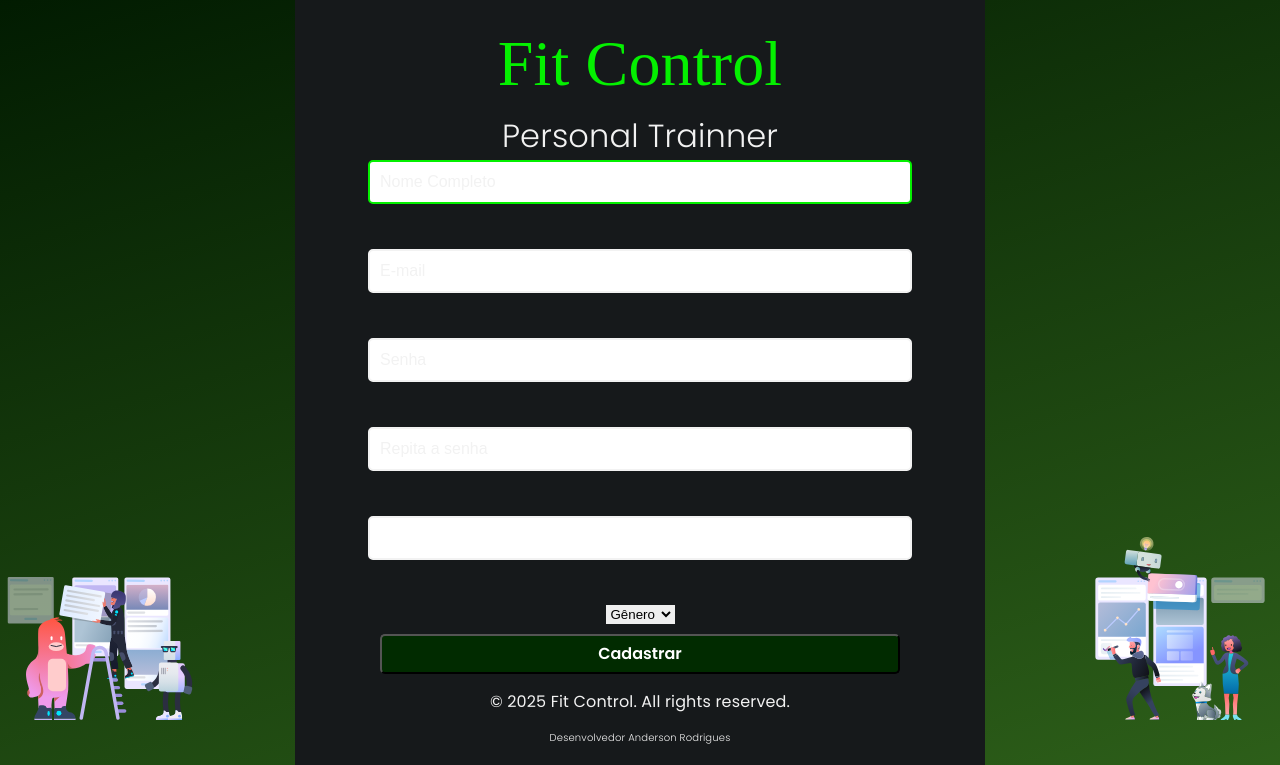
Repository: fit-control/frontend-fit-control
Page: /cadastro
These files come from the project's save history. The page is drawn as it stood at one moment and after the next save; the edit follows.
The browser window is 1280 px wide. The pictures show the whole page.
Some web fonts or font styles are not loaded; a fallback is used. The project was rebuilt for these pictures with package versions that can differ from the ones it lists, and the page was loaded fresh each time. Settings that the repository does not hold, such as keys and server addresses, were given made-up values. Also part of the build but not shown: next.config.js, vite.config.ts, src/components/containerCenterLogin.tsx, src/pages/About.tsx, src/pages/NotFound.tsx, src/components/AuthRoutes.tsx, src/pages/PaginaTeste.tsx.

Above is the page before, as saved 2025-03-22 15:05:30.

After the next save:
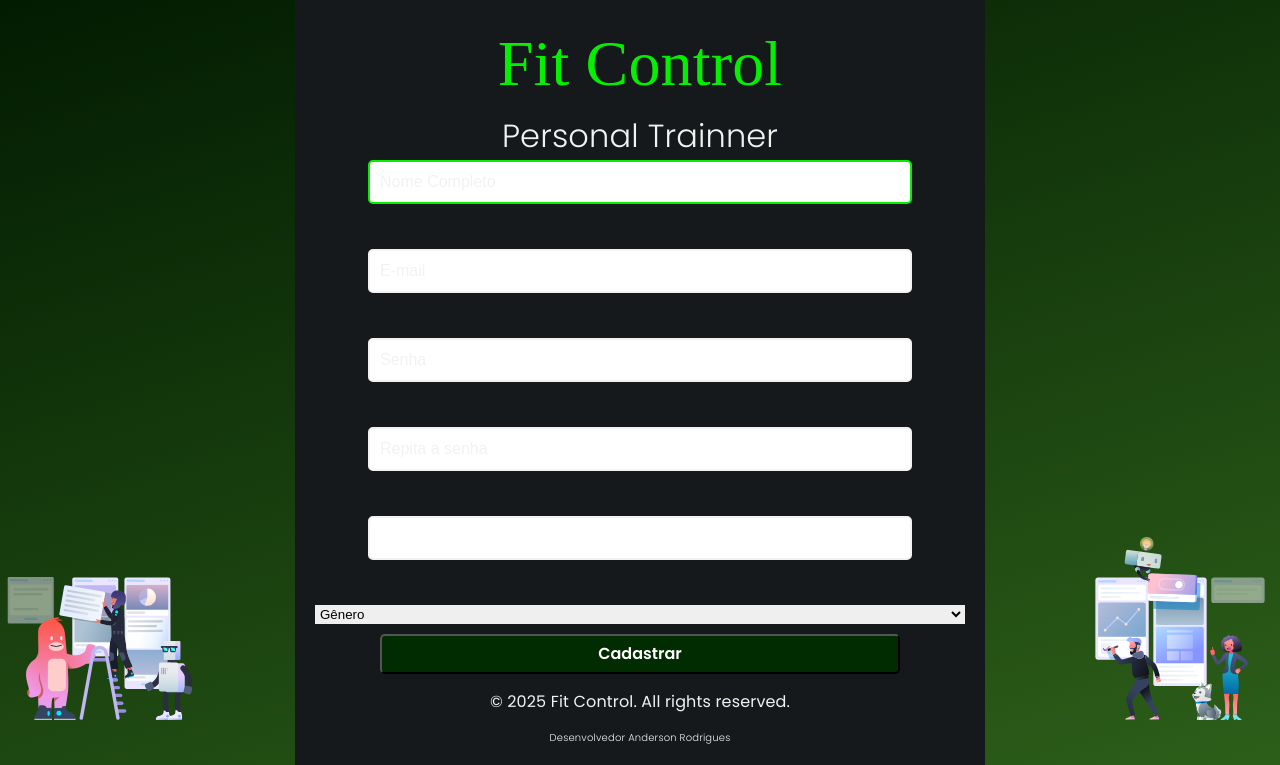
Saved 47 s later.
--- a/src/components/containerCenterCadastro.tsx
+++ b/src/components/containerCenterCadastro.tsx
@@ -117,7 +117,7 @@ const ContainerCenterCadastro = () => {
             {...register('telefone')}
             style={{ borderColor: errorMessage ? "red" : ""}}
           />
-           <select {...register('genero')} style={{ borderColor: errorMessage ? "red" : "transparent" }}>
+           <select {...register('genero')} style={{ borderColor: errorMessage ? "red" : "transparent", width: '100%' }}>
                 <option value="">Gênero</option>
                 <option value="homem">Homem</option>
                 <option value="mulher">Mulher</option>
